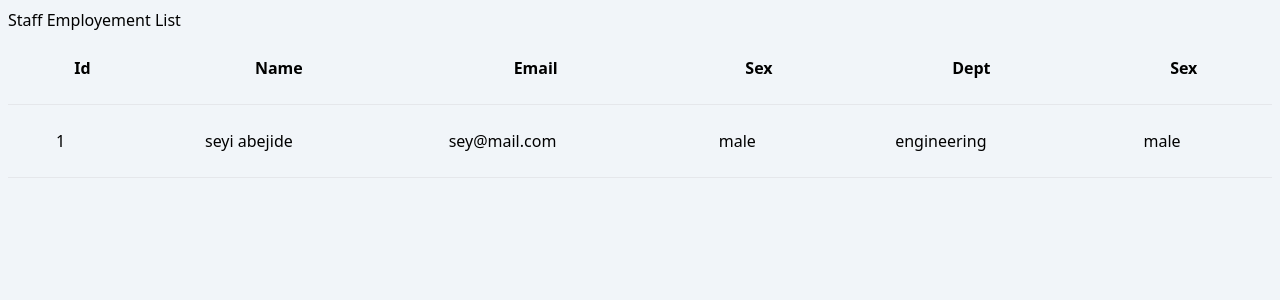
Repository: Semanmernstack/crud
Page: /
These files come from the project's save history. The page is drawn as it stood at one moment and after the next save; the edit follows.
The browser window is 1280 px wide. The pictures show the whole page.
The project was rebuilt for these pictures with package versions that can differ from the ones it lists, and the page was loaded fresh each time. Requests to the local data server were answered from the project's data file. Also part of the build but not shown: src/Details.js, src/Create.js, src/Edit.js.

Above is the page before, as saved 2022-12-24 00:38:12.

### src/App.js
import List from "./List";
import {
  BrowserRouter,
  Routes,
  Route,

} from "react-router-dom";
import Details from "./Details";
import Create from "./Create";
import Edit from "./Edit";



function App() {
  return (
    <div className="bg-slate-100 h-screen">
      <BrowserRouter>

      <Routes>
        <Route path="/" element={<List/>}> </Route>
        <Route path="/employee/create" element={<Create/>}> </Route>
        <Route path="/employee/details/:empid" element={<Details/>}> </Route>
        <Route path="/employee/edit/:empid" element={<Edit/>}> </Route>
      </Routes>
      </BrowserRouter>

    </div>
  );
}

export default App;

### src/List.js

import React, { useEffect, useState } from 'react'

function List() {
    const [records, setRecords] = useState("")

    useEffect(() => {
        fetch("http://localhost:8000/employee").then((res) => {
            return res.json()
        }).then((resp) => {
            console.log(resp)
            setRecords(resp)

        })

    }, [])
  return (
    <div className="overflow-x-auto lg:max-w-7xl mx-auto  p-2 items-center   ">

        <p>Staff Employement List</p>


        <table className="  w-[100%]  border-1   " >

            <thead>
                <tr className="border-b">
                    <th scope='col' className=" lg:py-6 lg:px-12 py-3 px-6">Id</th>
                    <th scope='col' className=" lg:py-6 lg:px-12 py-3 px-6">Name</th>
                    <th scope='col' className=" lg:py-6 lg:px-12 py-3 px-6">Email</th>
                    <th scope='col' className=" lg:py-6 lg:px-12 py-3 px-6">Sex</th>
                    <th scope='col' className=" lg:py-6 lg:px-12 py-3 px-6">Dept</th>
                    <th scope='col' className=" lg:py-6 lg:px-12 py-3 px-6">Sex</th>

                </tr>
            </thead>

            <tbody>
                {
                    records &&
                    records.map((record) => (
                    <tr className="border-b" key={record.id}>
                        <td className=" lg:py-6 lg:px-12 py-3 px-6">{record.id}</td>
                        <td className=" lg:py-6 lg:px-12 py-3 px-6" >{record.name}</td>
                        <td className=" lg:py-6 lg:px-12 py-3 px-6">sey@mail.com</td>
                        <td className=" lg:py-6 lg:px-12 py-3 px-6">male</td>
                        <td className=" lg:py-6 lg:px-12 py-3 px-6">engineering</td>
                        <td className=" lg:py-6 lg:px-12 py-3 px-6">male</td>
                    </tr>
                    ))
                }

            </tbody>

        </table>


    </div>
  )
}

export default List

### db.json
{
  "employee": [
    {
      "id": 1,
      "name": "seyi abejide",
      "email": "g@mail.com",
      "phone": "09028395899",
      "dept": "egineering",
      "sex": "male"

    }
  ]

}

Loaded but not shown: public/index.html (common file); src/index.js (common file); src/index.css (common file); src/reportWebVitals.js (common file); tailwind.config.js (common file)

After the next save:
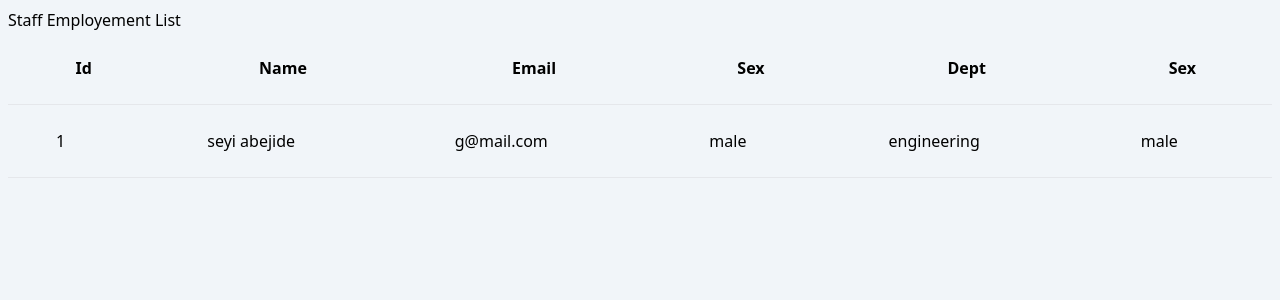
Saved 42 s later.
--- a/src/List.js
+++ b/src/List.js
@@ -41,7 +41,7 @@ function List() {
                     <tr className="border-b" key={record.id}>
                         <td className=" lg:py-6 lg:px-12 py-3 px-6">{record.id}</td>
                         <td className=" lg:py-6 lg:px-12 py-3 px-6" >{record.name}</td>
-                        <td className=" lg:py-6 lg:px-12 py-3 px-6">sey@mail.com</td>
+                        <td className=" lg:py-6 lg:px-12 py-3 px-6">{record.email}</td>
                         <td className=" lg:py-6 lg:px-12 py-3 px-6">male</td>
                         <td className=" lg:py-6 lg:px-12 py-3 px-6">engineering</td>
                         <td className=" lg:py-6 lg:px-12 py-3 px-6">male</td>
